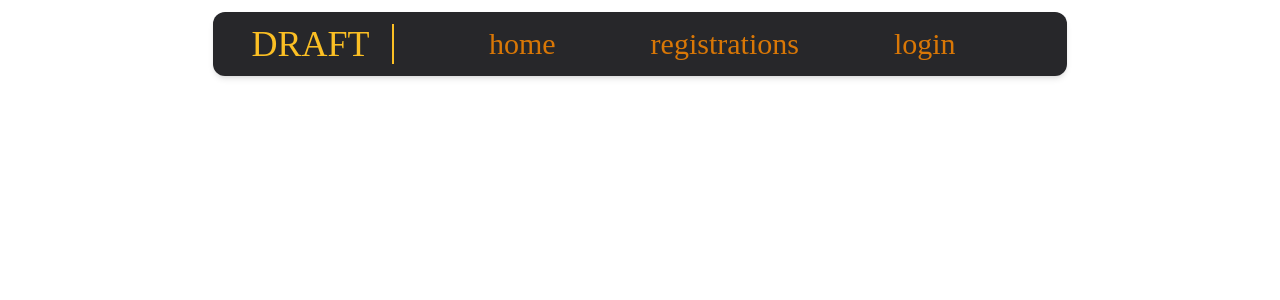
Repository: MehediMim/LeagueCrafter--Online-Auction-Platform-Project
Page: / (app in my-app/)
These files come from the project's save history. The page is drawn as it stood at one moment and after the next save; the edit follows.
The browser window is 1280 px wide. The pictures show the whole page.
Some web fonts or font styles are not loaded; a fallback is used. The project was rebuilt for these pictures with package versions that can differ from the ones it lists, and the page was loaded fresh each time. Also part of the build but not shown: my-app/vite.config.js, my-app/src/pages/Dashboard.jsx, my-app/src/pages/Login.jsx.

Above is the page before, as saved 2025-05-25 01:41:40.

After the next save:
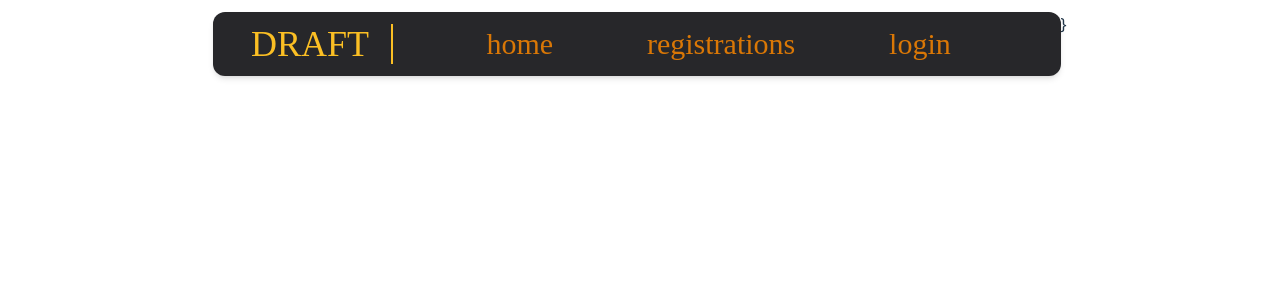
Saved 102 s later.
--- a/my-app/src/components/Navbar.jsx
+++ b/my-app/src/components/Navbar.jsx
@@ -22,25 +22,30 @@
           </div>
           {/* </div> */}
         </div>
-        {isAuthenticated && <div className=" h-16 w-16  ml-3 group cursor-pointer relative">
+        {isAuthenticated && (
+          <div className="relative ml-3 group">
+            {/* Avatar */}
+            <div className="h-16 w-16 rounded-full border-amber-600 border-4 overflow-hidden">
+              <img
+                src={user.picture}
+                alt="Profile"
+                className="w-full h-full rounded-full cursor-pointer"
+              />
+            </div>
 
+            {/* Hover Box that stays visible when hovered */}
+            <div className="absolute top-20 left-1/2 -translate-x-1/2 w-52 bg-zinc-800 text-white rounded-xl p-4 shadow-lg opacity-0 group-hover:opacity-100 pointer-events-none group-hover:pointer-events-auto transition-all duration-200 z-50">
+              <p className="text-lg font-bold font-kanit text-center">{user.name}</p>
+              <button
+                onClick={() => logout({ returnTo: window.location.origin })}
+                className="mt-3 w-full px-4 py-2 text-sm bg-red-600 rounded hover:bg-red-700 transition font-kanit"
+              >
+                Logout
+              </button>
+            </div>
+          </div>
+        )}
 
-          <div className="rounded-full border-amber-600 border-4 h-16 w-16">
-            <img src={user.picture} className="rounded-full"></img>
-          </div>
-
-          <div className="absolute top-20 left-1/2 -translate-x-1/2 w-52 bg-zinc-800 text-white rounded-xl p-4 shadow-lg hidden group-hover:block z-50">
-            <p className="text-lg font-bold font-kanit text-center">{user.name}</p>
-            <button
-              onClick={() => logout({ returnTo: window.location.origin })}
-              className="mt-3 w-full px-4 py-2 text-sm bg-red-600 rounded hover:bg-red-700 transition font-kanit"
-            >
-              Logout
-            </button>
-          </div>
-
-
-        </div>
         }
       </div>
     </div>

After the save that followed:
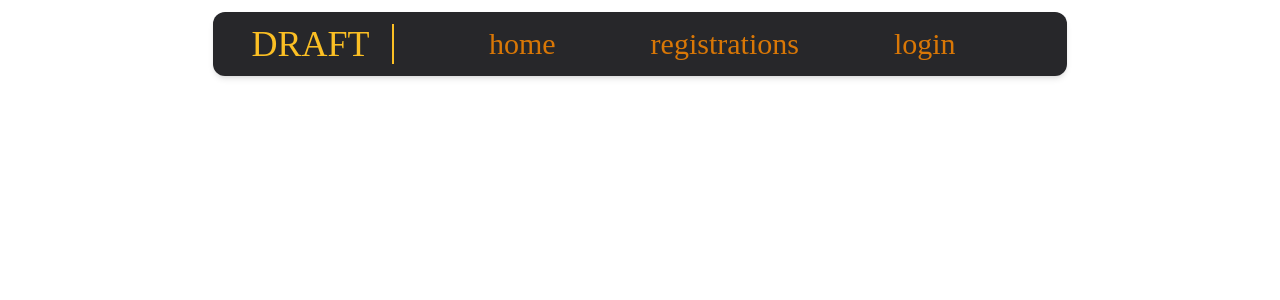
Saved 24 s later.
--- a/my-app/src/components/Navbar.jsx
+++ b/my-app/src/components/Navbar.jsx
@@ -22,30 +22,25 @@
           </div>
           {/* </div> */}
         </div>
-        {isAuthenticated && (
-          <div className="relative ml-3 group">
-            {/* Avatar */}
-            <div className="h-16 w-16 rounded-full border-amber-600 border-4 overflow-hidden">
-              <img
-                src={user.picture}
-                alt="Profile"
-                className="w-full h-full rounded-full cursor-pointer"
-              />
-            </div>
+        {isAuthenticated && <div className=" h-16 w-16  ml-3 group cursor-pointer relative">
 
-            {/* Hover Box that stays visible when hovered */}
-            <div className="absolute top-20 left-1/2 -translate-x-1/2 w-52 bg-zinc-800 text-white rounded-xl p-4 shadow-lg opacity-0 group-hover:opacity-100 pointer-events-none group-hover:pointer-events-auto transition-all duration-200 z-50">
-              <p className="text-lg font-bold font-kanit text-center">{user.name}</p>
-              <button
-                onClick={() => logout({ returnTo: window.location.origin })}
-                className="mt-3 w-full px-4 py-2 text-sm bg-red-600 rounded hover:bg-red-700 transition font-kanit"
-              >
-                Logout
-              </button>
-            </div>
+
+          <div className="rounded-full border-amber-600 border-4 h-16 w-16">
+            <img src={user.picture} className="rounded-full"></img>
           </div>
-        )}
 
+          <div className="absolute top-20 left-1/2 -translate-x-1/2 w-52 bg-zinc-800 text-white rounded-xl p-4 shadow-lg hidden group-hover:block z-50">
+            <p className="text-lg font-bold font-kanit text-center">{user.name}</p>
+            <button
+              onClick={() => logout({ returnTo: window.location.origin })}
+              className="mt-3 w-full px-4 py-2 text-sm bg-red-600 rounded hover:bg-red-700 transition font-kanit"
+            >
+              Logout
+            </button>
+          </div>
+
+
+        </div>
         }
       </div>
     </div>
